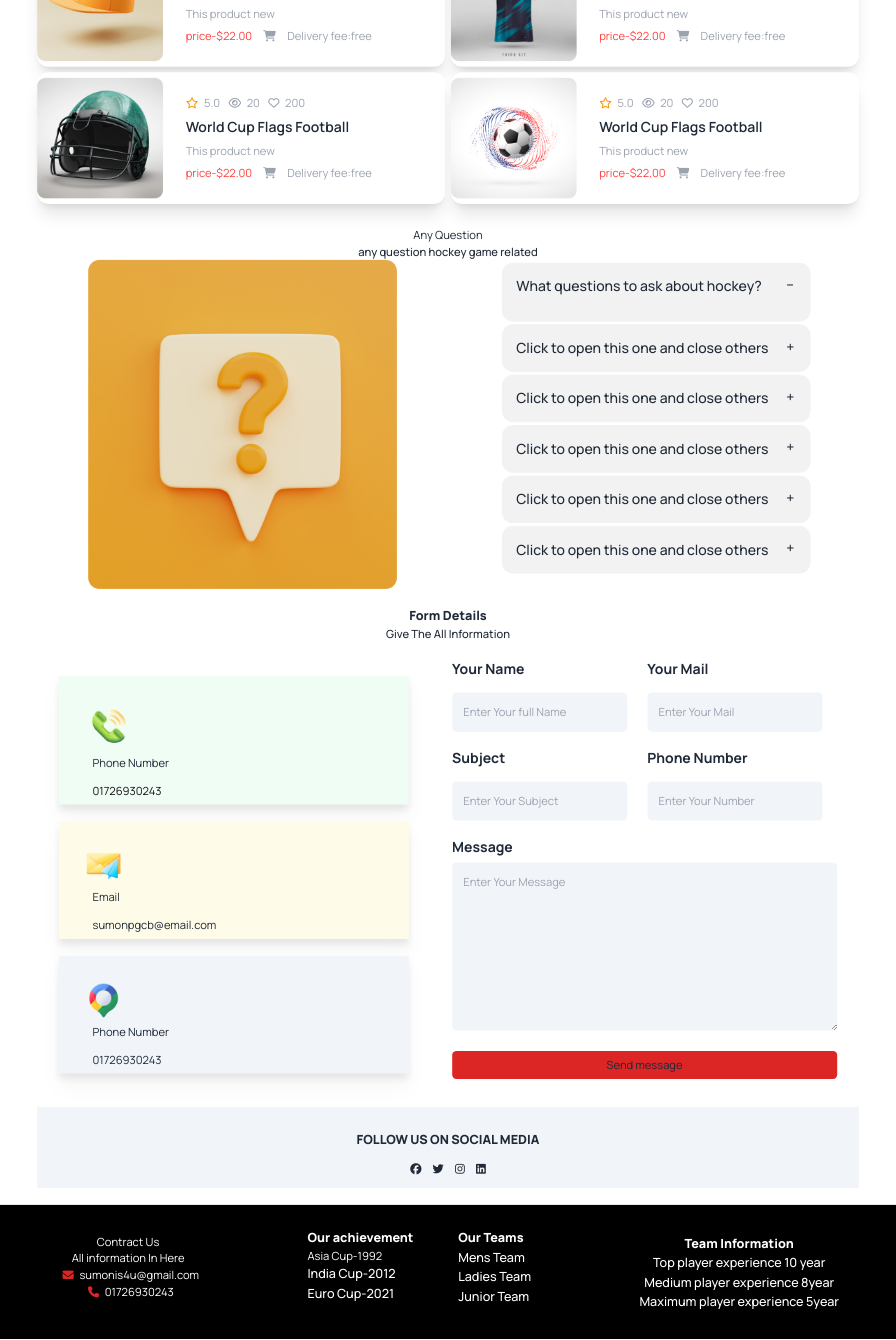
Repository: sumonkumarsarkar/bd-hockeys-team
Page: index.html
An editor plug-in stored every save of this project. The page is shown before and after the next save, followed by the edit.
The browser window is 1280 px wide. The pictures show the part of the page from y = 2405 to 4325 px (the page is 4319 px tall before and 4325 px after), at 70% of full size.
Some web libraries are served in a nearby version.

Above is the page before, as saved 2024-01-24 19:04:20.

After the next save:
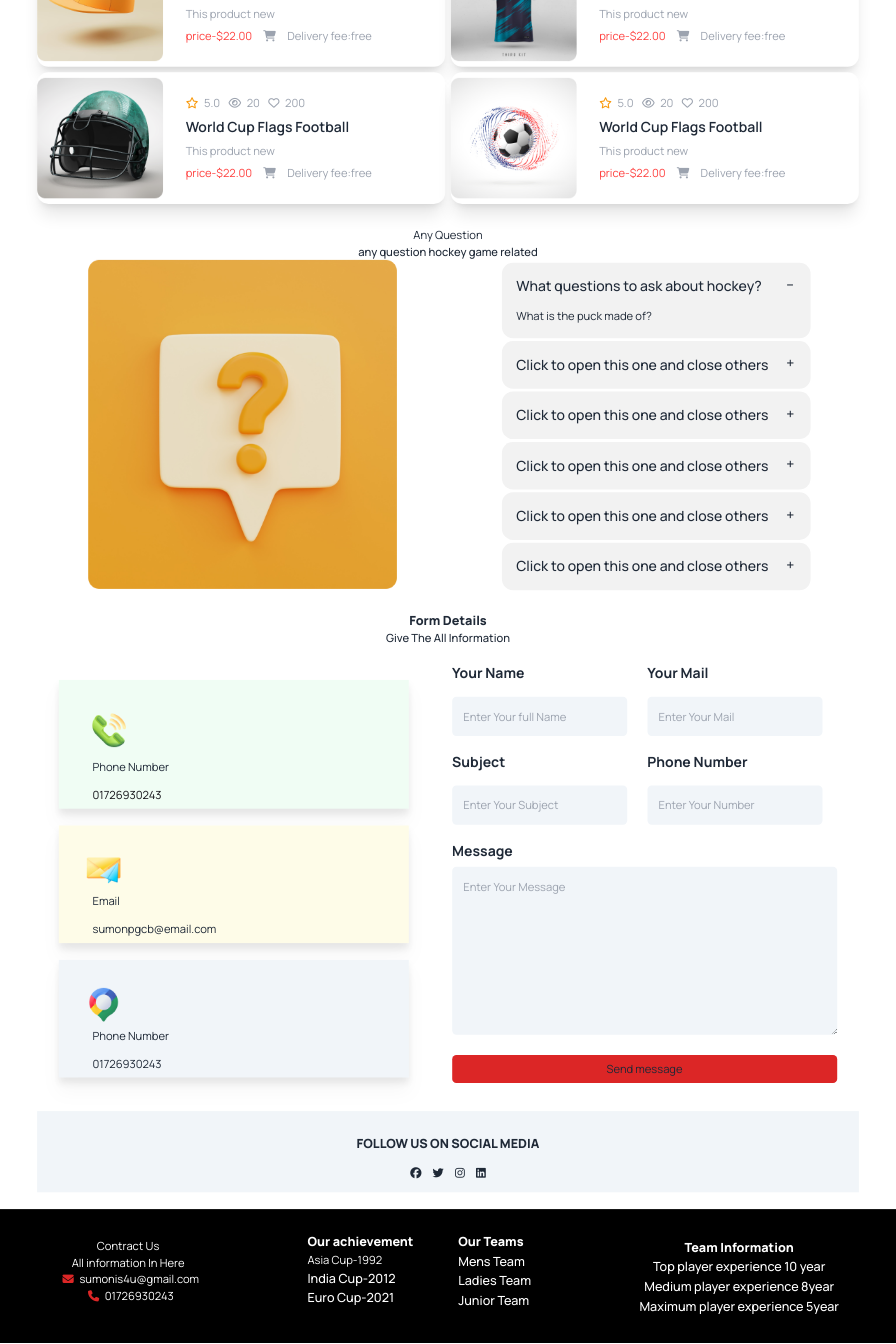
Saved 24 s later.
--- a/index.html
+++ b/index.html
@@ -430,7 +430,7 @@
                 </div>
                 <div class="collapse-content">
                   <p>
-
+                    What is the puck made of?
                   </p>
                 </div>
               </div>
